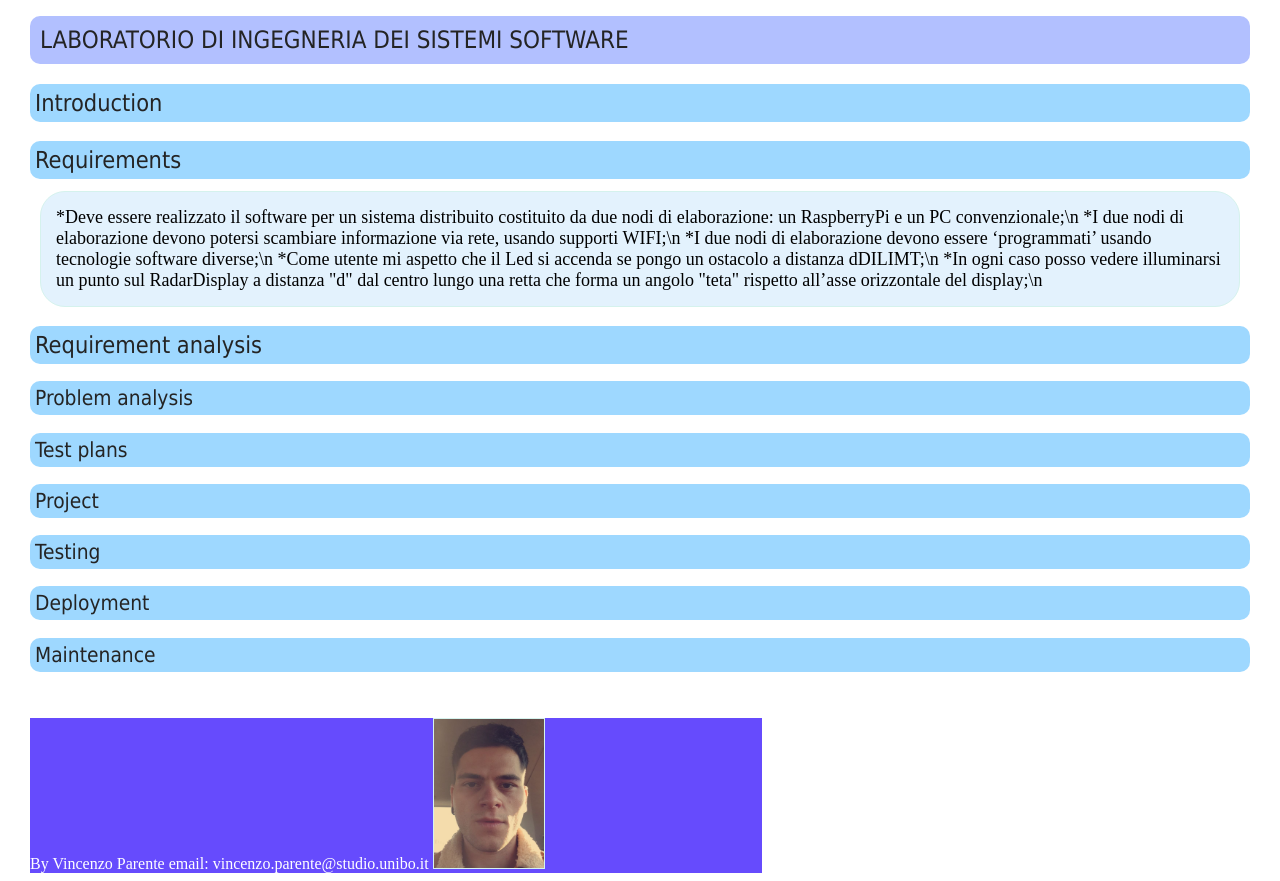
Repository: ParenteVincenzo/iss2022
Page: it.unibo.radarSystem22/userDocs/radarSystem22.html
The author's editor kept a copy of each file at every save. The page is drawn from the files as they stood at one save, then again after the next save.
The browser window is 1280 px wide. The pictures show the whole page.

Above is the page before, as saved 2022-03-06 16:49:54.

### it.unibo.radarSystem22/userDocs/radarSystem22.html
<!DOCTYPE html PUBLIC "-//W3C//DTD HTML 4.01//EN" "http://www.w3.org/TR/html4/strict.dtd">
<html>
    <!--
<link rel="stylesheet" type="text/css" href="../css/issStyle1.css">
<script type="text/javascript" src="../css/issStyle.js"></script>
-->
<style type="text/css">
body
{
    margin-left:  30px;
    margin-right: 30px;
};

P
{
    font-family: Tahoma;
    font-size: 10pt;
};

a, a:visited, a:active, a:link, a:hover {
    text-decoration: underline;
    color: #545454;
    background-color: transparent;
	font-size: 93%;
}

a:hover {
    background-color: #cccccc;
}


hr {
    clear: both;
    height: 1px;
    color: #242424;
    background-color: transparent;
}

h1, h2, h3 {
    color: #242424;
    clear: left;
    font: 100% Tahoma, Helvetica, Arial, sans-serif;
    margin-bottom: 0.5em;
    padding-top: 0.5em;
	border-radius: 10px;
	padding: 5px;
}

top {
	width: 100%;
}


#i {
    color: #ff1010;
}
tt{
	font-family: "Arial";
    font-size: 90%;
	color: #006600;
}
em{
	font-family: "Arial";
    font-size: 80%;
	font-weight: bold;
	border-style:solid;
	border-color: #abe876;
    color: #1632cc;
}
bc{
	font-family: "Arial";
	font-size: 90%;
	font-weight: bold;
    color: #990000;
	background-color: #fcf8c7;
}
ks{
	font-family: "Arial";
	font-weight: bold;
    color: #0000CD	;
	font-size: 90%;
}
kc{
	font-family: "Arial";
	font-weight: bold;
    color: #008000	;
	font-size: 90%;
}
pre{
	font-family: "Consolas";
	font-size: 85%;
	background-color: #f5f5f5;
	border: 1.5px solid silver;
	padding: 5px;
}
m{
	font-family: "Helvetica";
	line-height: 100%;
 	font-size: 75%;
}
div.body{

    font-size: 18px;
}
k{
    color: #990000;
	font-weight: bold;
	font-size: 90%;
}
h1 {
    font-size: 150%;
    background-color: #b2c0ff;
	padding: 10px;
}

h2 {
    background-color: #9ed8ff;
    font-size: 130%;
}

h3 {
	background-color: #e6ccff;
    font-size: 100%;
}
h4 {
    background-color: #ccffcc;
    font-size: 100%;
	width: 95%;
	border-radius: 5px;
	padding: 2px;
}
h5 {
    background-color: #d5ffb0;
    font-size: 100%;

}
div.req{
	background-color: #d9ffb3;
    font-size: 18px;
	width: 700px;
    border: 3px solid green;
    padding: 15px;
    margin: 10px;
}
div.remark{
	background-color: #E3F2FD;
    border: 1.5px solid #d5f2ed;
    padding: 15px;
    margin: 10px;
	border-radius: 25px;
}
table, th, td {
  border: 1px solid black;
  border-collapse: collapse;
}

ol, ul, li {
  margin: 0;
  margin-left: 10px;
  padding: 0;
  padding-bottom: 5px;
}

table, th, td {
	border: 1px solid black;
}

img {
	border: 1.5px solid #d5f2ed

}

a, a:visited, a:active, a:link, a:hover {
    text-decoration: underline;
    color: #545454;
    background-color: transparent;
}

div.wrapdesc{
	width: 90%;
	margin: auto;
}

div.imagedesc{
	width: 85%;
	margin: auto;
}
</style>

<head>

<title>TemplateToFill</title></head>

<body>
<div id="top">
<h1>LABORATORIO DI INGEGNERIA DEI SISTEMI SOFTWARE <font size="5"></font> </h1>
</div>

<div class="body">
<h2>Introduction</h2>


<h2>Requirements</h2>


<div class="remark">
*Deve essere realizzato il software per un sistema distribuito costituito da due nodi di elaborazione: un RaspberryPi e un PC convenzionale;\n
*I due nodi di elaborazione devono potersi scambiare informazione via rete, usando supporti WIFI;\n
*I due nodi di elaborazione devono essere ‘programmati’ usando tecnologie software diverse;\n
*Come utente mi aspetto che il Led si accenda se pongo un ostacolo a distanza d<DILIMT dal Sonar e che il Led si spenga non appena porto l’ostacolo ad una distanza d>DILIMT;\n
*In ogni caso posso vedere illuminarsi un punto sul RadarDisplay a distanza "d" dal centro lungo una retta che forma un angolo "teta" rispetto all’asse orizzontale del display;\n
</div>



<h2>Requirement analysis</h2>


</div>

<h2>Problem analysis</h2>


<h2>Test plans</h2>


<h2>Project</h2>

</div>

<h2>Testing</h2>


<h2>Deployment</h2>


<h2>Maintenance</h2>

<!-- USEFUL
<table style="width:100%" border="1">
<tr>
<td style="width:50%">
</td>
<td></td>
</tr>
</table>
-->

<br/><br/>
</div>

<div style="background-color:rgba(86, 56, 253, 0.9); width:60%;text-align:left;color:white">
By Vincenzo Parente email: vincenzo.parente@studio.unibo.it
<img src="vincenzoP.jpg" alt="mbot" width="15%" height="15%">
</div>
</body>
</html>

After the next save:
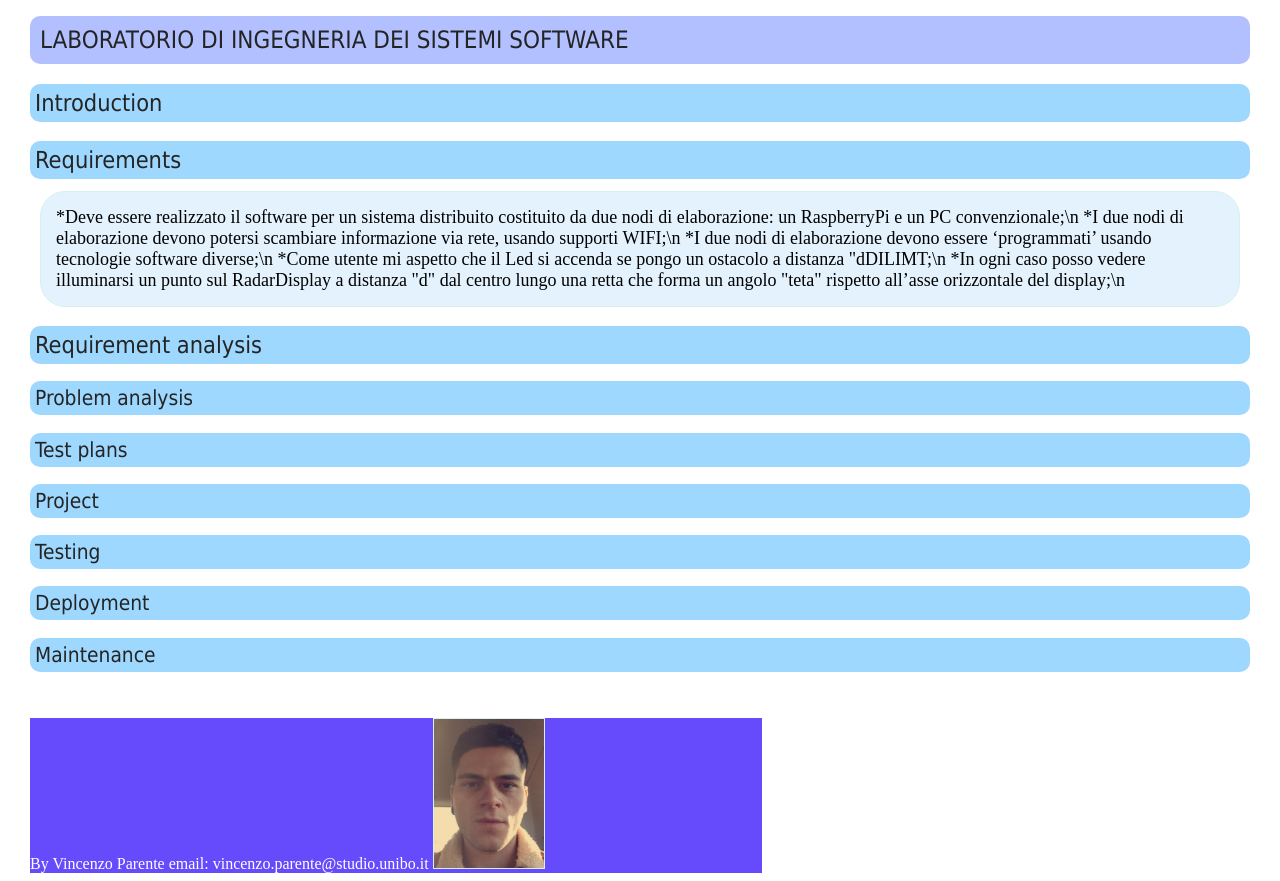
Saved 112 s later.
--- a/it.unibo.radarSystem22/userDocs/radarSystem22.html
+++ b/it.unibo.radarSystem22/userDocs/radarSystem22.html
@@ -207,7 +207,7 @@ div.imagedesc{
 *Deve essere realizzato il software per un sistema distribuito costituito da due nodi di elaborazione: un RaspberryPi e un PC convenzionale;\n
 *I due nodi di elaborazione devono potersi scambiare informazione via rete, usando supporti WIFI;\n
 *I due nodi di elaborazione devono essere ‘programmati’ usando tecnologie software diverse;\n
-*Come utente mi aspetto che il Led si accenda se pongo un ostacolo a distanza d<DILIMT dal Sonar e che il Led si spenga non appena porto l’ostacolo ad una distanza d>DILIMT;\n
+*Come utente mi aspetto che il Led si accenda se pongo un ostacolo a distanza "d<DILIMT" dal Sonar e che il Led si spenga non appena porto l’ostacolo ad una distanza d>DILIMT;\n
 *In ogni caso posso vedere illuminarsi un punto sul RadarDisplay a distanza "d" dal centro lungo una retta che forma un angolo "teta" rispetto all’asse orizzontale del display;\n
 </div>
 
